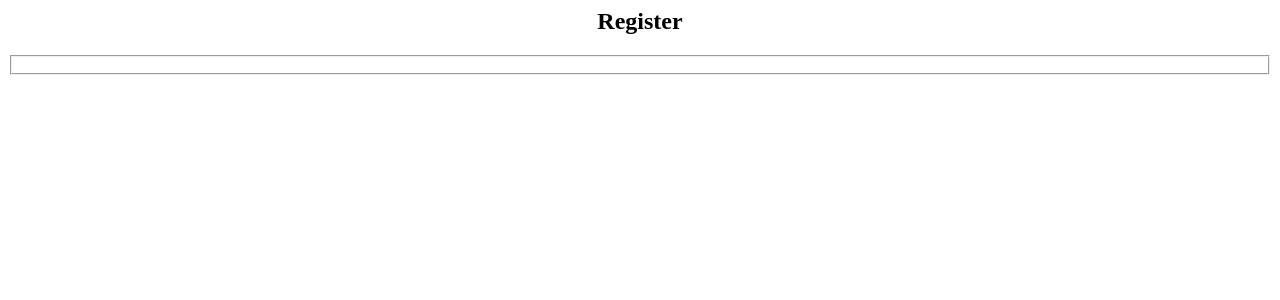
Repository: weijj/workspace
Page: http://localhost/roadrantz/jsp/register.jsp
These files come from the project's save history. The page is drawn as it stood at one moment and after the next save; the edit follows.
The browser window is 1280 px wide. The pictures show the whole page.
The page is served by Tomcat 9. Other server files are loaded and not shown.

Above is the page before, as saved 2014-07-13 10:14:51.

### roadrantz/src/main/webapp/jsp/register.jsp
<%@ page contentType="text/html" %>
<%@ taglib prefix="c" uri="http://java.sun.com/jsp/jstl/core" %>
<%@ taglib prefix="sf" uri="http://www.springframework.org/tags/form" %>

<html>
<head><title>Add New Student</title></head>
<body>
	<h2 align = "center">Register</h2>
	<sf:form method = "POST" modelAttribute = "com.taobao.roadrantz.Student">
		<fieldset>
			<table cellspacing = "0">

			</table>
		</fieldset>
	</sf:form>
</body>
</html>

After the next save:
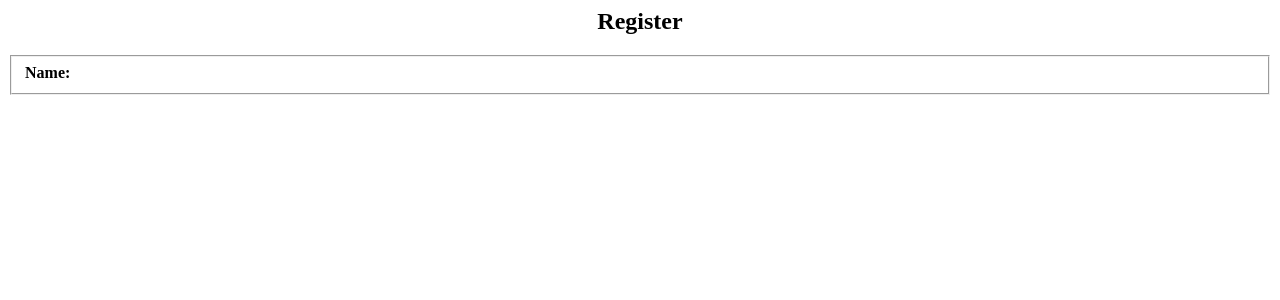
Saved 84 s later.
--- a/roadrantz/src/main/webapp/jsp/register.jsp
+++ b/roadrantz/src/main/webapp/jsp/register.jsp
@@ -9,7 +9,10 @@
 	<sf:form method = "POST" modelAttribute = "com.taobao.roadrantz.Student">
 		<fieldset>
 			<table cellspacing = "0">
-
+				<tr>
+					<th>Name: </th>
+					<td></td>
+				</tr>
 			</table>
 		</fieldset>
 	</sf:form>
